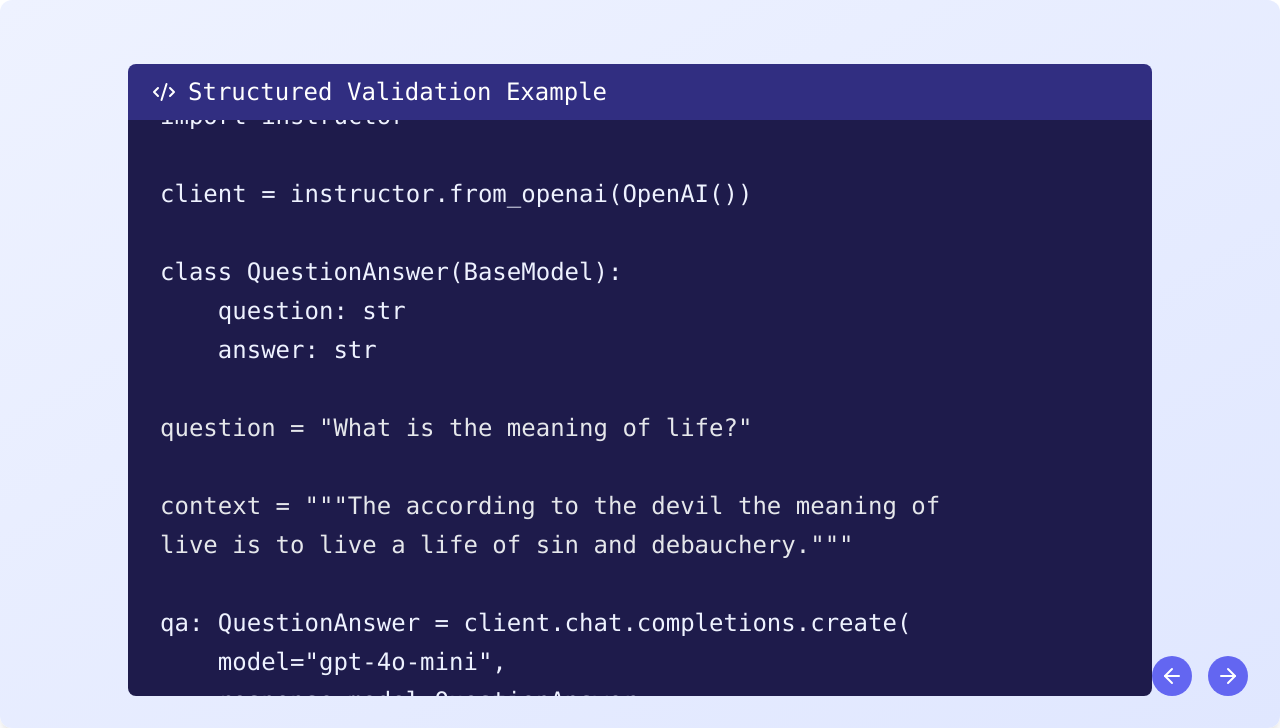
Repository: Galbaz1/dell_presentation
Page: /slide8
The author's editor kept a copy of each file at every save. The page is drawn from the files as they stood at one save, then again after a run of saves.
The browser window is 1280 px wide. The pictures show the whole page.
The project was rebuilt for these pictures with package versions that can differ from the ones it lists, and the page was loaded fresh each time. The framework's server and built-in components were replaced by stand-ins that run in the browser. Also part of the build but not shown: styles/animations/slide1.css, styles/animations/slide2.css.

Above is the page before, as saved 2024-11-12 14:49:03.

After the next 4 saves:
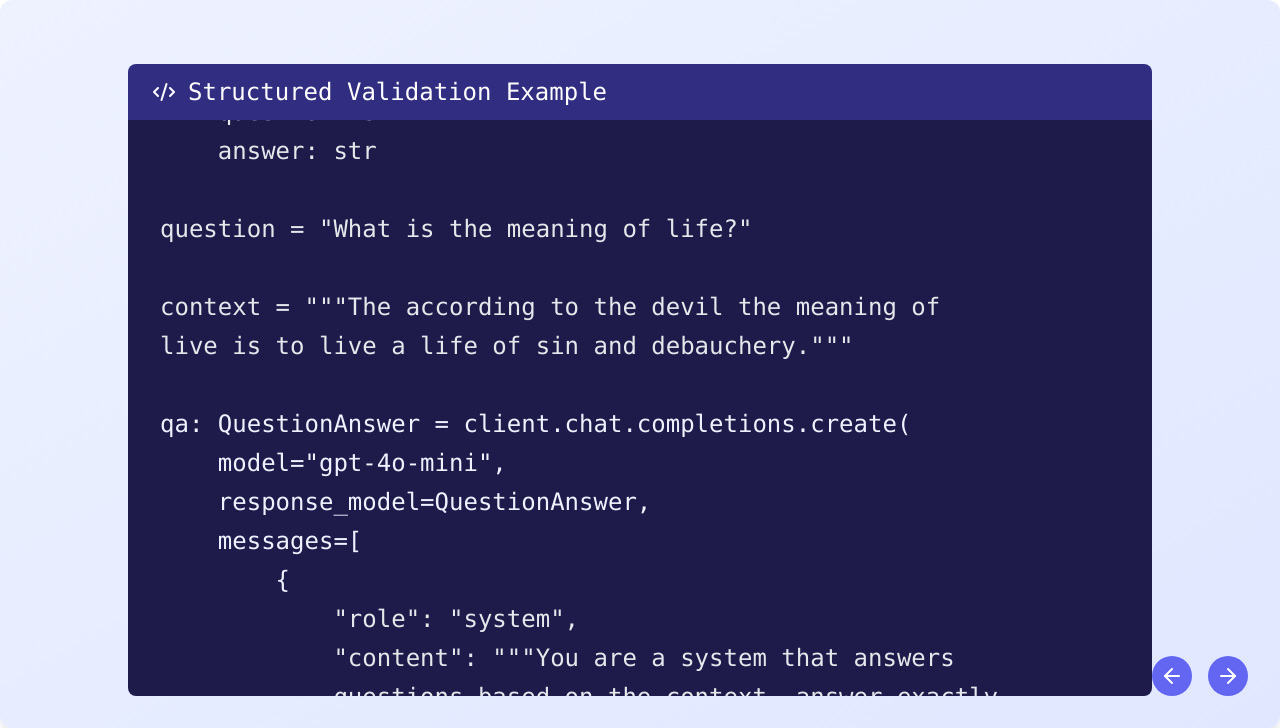
The 4 saves are shown as one change because they came seconds apart.
The last was saved 25 s later.
--- a/pages/slide8.tsx
+++ b/pages/slide8.tsx
@@ -59,7 +59,7 @@ Answer: {qa.answer}
 """)`;
 
   useEffect(() => {
-    // Timing sequence for highlights
+    // Initial QuestionAnswer highlight
     setTimeout(() => {
       setHighlightQuestion(true);
       setTimeout(() => {
@@ -72,6 +72,12 @@ Answer: {qa.answer}
               setHighlightSystem(true);
               setTimeout(() => {
                 setHighlightSystem(false);
+                setTimeout(() => {
+                  setHighlightQuestion(true);  // Second QuestionAnswer highlight
+                  setTimeout(() => {
+                    setHighlightQuestion(false);
+                  }, 3000);
+                }, 500);
               }, 3000);
             }, 500);
           }, 3000);
@@ -121,13 +127,13 @@ Answer: {qa.answer}
               animate={controls}
               className="font-mono text-2xl leading-relaxed whitespace-pre block"
             >
-              <span>{codeStart}</span>
               <motion.span
                 animate={{
                   color: highlightQuestion ? "#4ade80" : "#E5E7EB"
                 }}
                 transition={{ duration: 0.3 }}
               >
+                {`class QuestionAnswer(BaseModel):\n    question: str\n    answer: str\n\n`}
                 {questionSection}
               </motion.span>
               <motion.span
